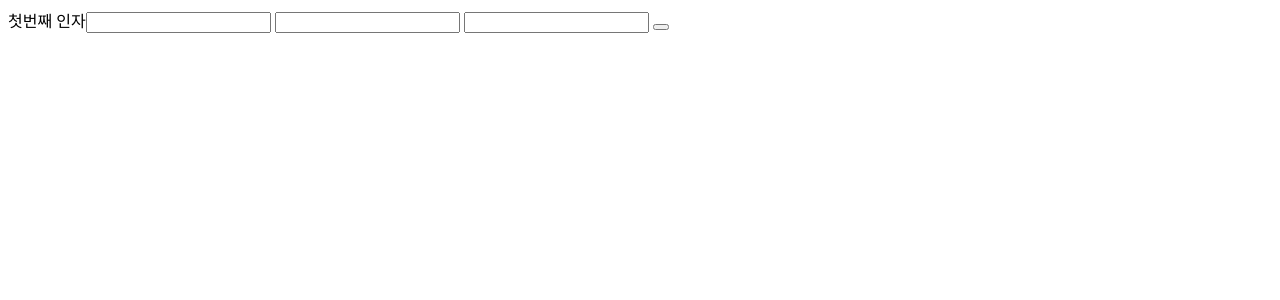
Repository: yeojeonghyeon/sixth
Page: java/ScriptWorld/WebContent/ui/MyApp.html
An editor plug-in stored every save of this project. The page is shown before and after the next save, followed by the edit.
The browser window is 1280 px wide. The pictures show the whole page.

Above is the page before, as saved 2019-04-22 07:29:31.

### java/ScriptWorld/WebContent/ui/MyApp.html
<!DOCTYPE html>
<html>
<head>
<meta charset="utf-8">
<title>Insert title here</title>
<style>
</style>
<script>
</script>
</head>
<body>
	<label for="firstOp">첫번째 인자</label><input type="text" id="firstOp">
	<input type="text" id="secondOp">
	<input type="text" id="result">
	<button id="perform"></button>
</body>
</html>

After the next save:
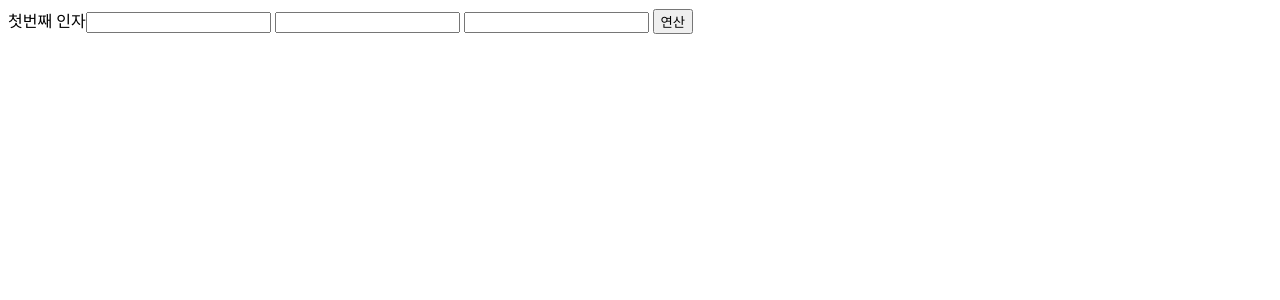
Saved 8 s later.
--- a/java/ScriptWorld/WebContent/ui/MyApp.html
+++ b/java/ScriptWorld/WebContent/ui/MyApp.html
@@ -12,6 +12,6 @@
 	<label for="firstOp">첫번째 인자</label><input type="text" id="firstOp">
 	<input type="text" id="secondOp">
 	<input type="text" id="result">
-	<button id="perform"></button>
+	<button id="perform">연산</button>
 </body>
 </html>
